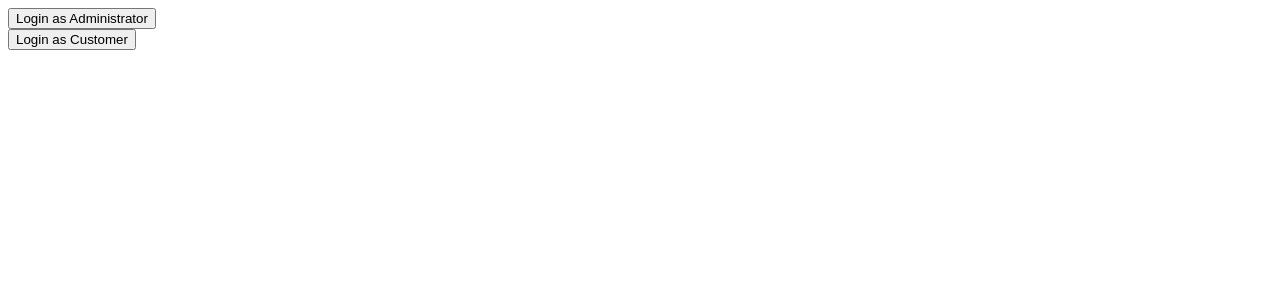
Repository: Abhishek123-1-2/Layered-Architecture-Design
Page: http://localhost/JavaCaseStudy/loginoption.jsp
An editor plug-in stored every save of this project. The page is shown before and after the next save, followed by the edit.
The browser window is 1280 px wide. The pictures show the whole page.
The page is served by Tomcat 9.

Above is the page before, as saved 2023-08-28 10:24:32.

After the next save:
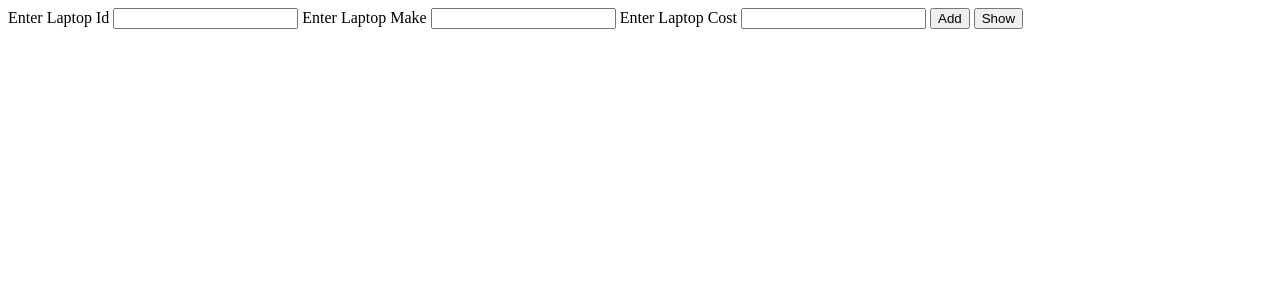
Saved 3 min 6 s later.
--- a/LayeredArchitectureDemo/JavaCaseStudy/src/main/webapp/loginoption.jsp
+++ b/LayeredArchitectureDemo/JavaCaseStudy/src/main/webapp/loginoption.jsp
@@ -6,16 +6,16 @@
 <meta charset="ISO-8859-1">
 <title>Insert title here</title>
 </head>
-<body><!--
-<input type="button" value="Login as Administrator" onclick="form.action='admin'">
-<br>
-<input type="button" value="Login as Customer" onclick="form.action='customer'">
-</body> -->
-
-<form action="login">
-<input type="button" value="Login as Administrator" onclick="form.action='logasAdmin'"/>
-<br>
-<input type="button" value="Login as Customer" onclick="form.action='loginasCustomer'"/>
+<body>
+<form action="insertLap">
+<label>Enter Laptop Id</label>
+<input type="text" name="lid">
+<label>Enter Laptop Make</label>
+<input type="text" name="make">
+<label>Enter Laptop Cost</label>
+<input type="text" name="cost">
+<button type="submit" onclick="form.action='add';">Add</button>
+<button type="submit" onclick="form.action='show';">Show</button>
 </form>
-
+</body>
 </html>
